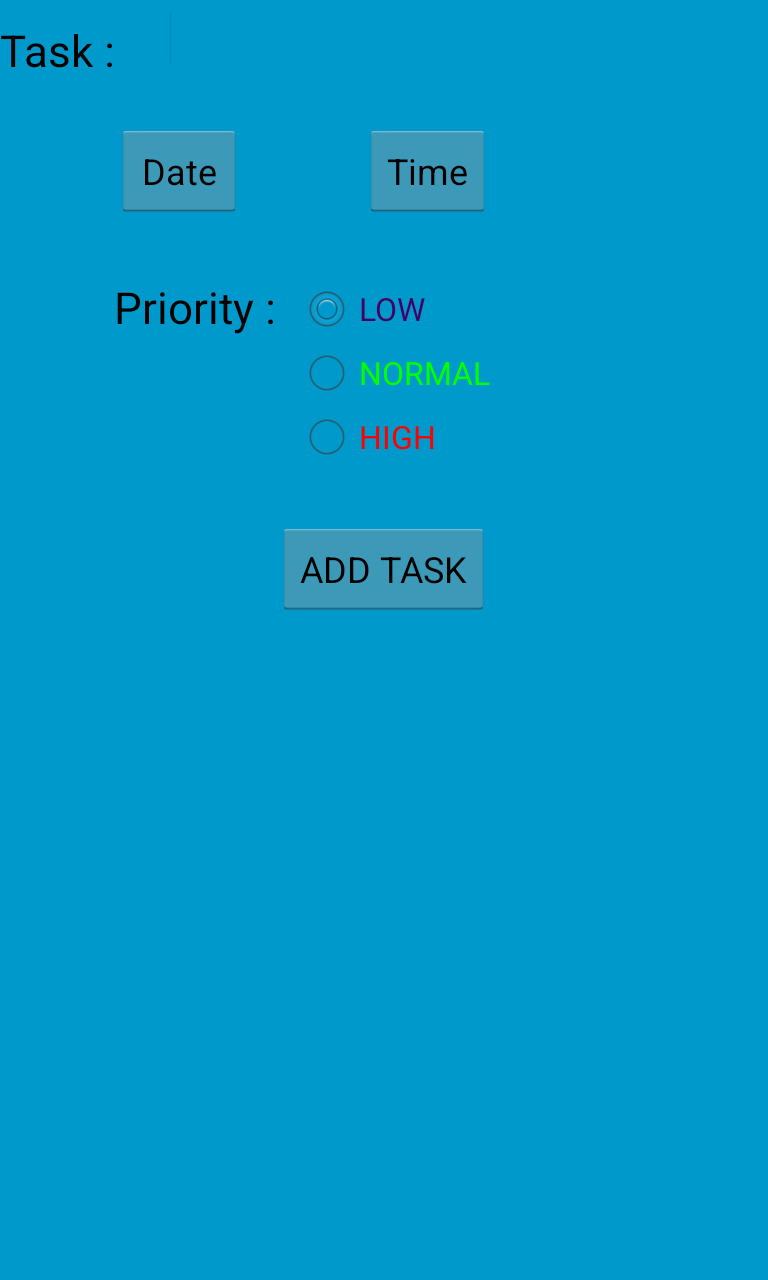
Repository: satyadarls/ToDo
Layout: ToDo/res/layout/customdialog_layout.xml
These files come from the project's save history. The layout is drawn as it stood at one moment and after the next save; the edit follows.
It is drawn on a 768 x 1280 px phone screen (xhdpi) without system bars, with theme AppTheme; the app's code is not run.

Above is the layout before, as saved 2014-07-07 19:11:51.

After the next save:
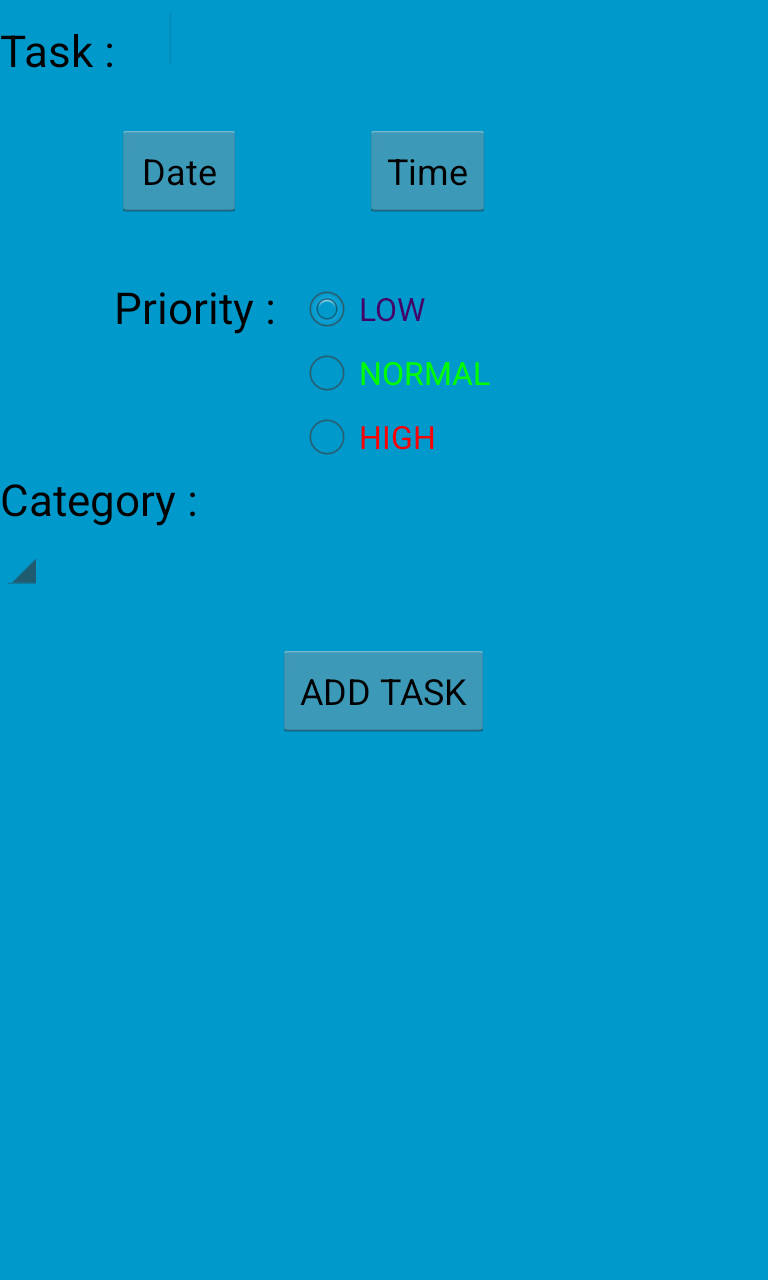
Saved 2 min 59 s later.
--- a/ToDo/res/layout/customdialog_layout.xml
+++ b/ToDo/res/layout/customdialog_layout.xml
@@ -91,7 +91,23 @@
         android1:layout_height="wrap_content"
         android1:layout_below="@+id/radioGroup1"
         android1:layout_centerHorizontal="true"
-        android1:layout_marginTop="26dp"
+        android1:layout_marginTop="87dp"
         android1:text="ADD TASK" />
 
+    <TextView
+        android1:id="@+id/textView3"
+        android1:layout_width="wrap_content"
+        android1:layout_height="wrap_content"
+        android1:layout_alignParentLeft="true"
+        android1:layout_below="@+id/radioGroup1"
+        android1:text="Category :"
+        android1:textAppearance="?android:attr/textAppearanceLarge" />
+
+    <Spinner
+        android1:id="@+id/spinner1"
+        android1:layout_width="wrap_content"
+        android1:layout_height="wrap_content"
+        android1:layout_alignParentLeft="true"
+        android1:layout_below="@+id/textView3" />
+
 </RelativeLayout>
